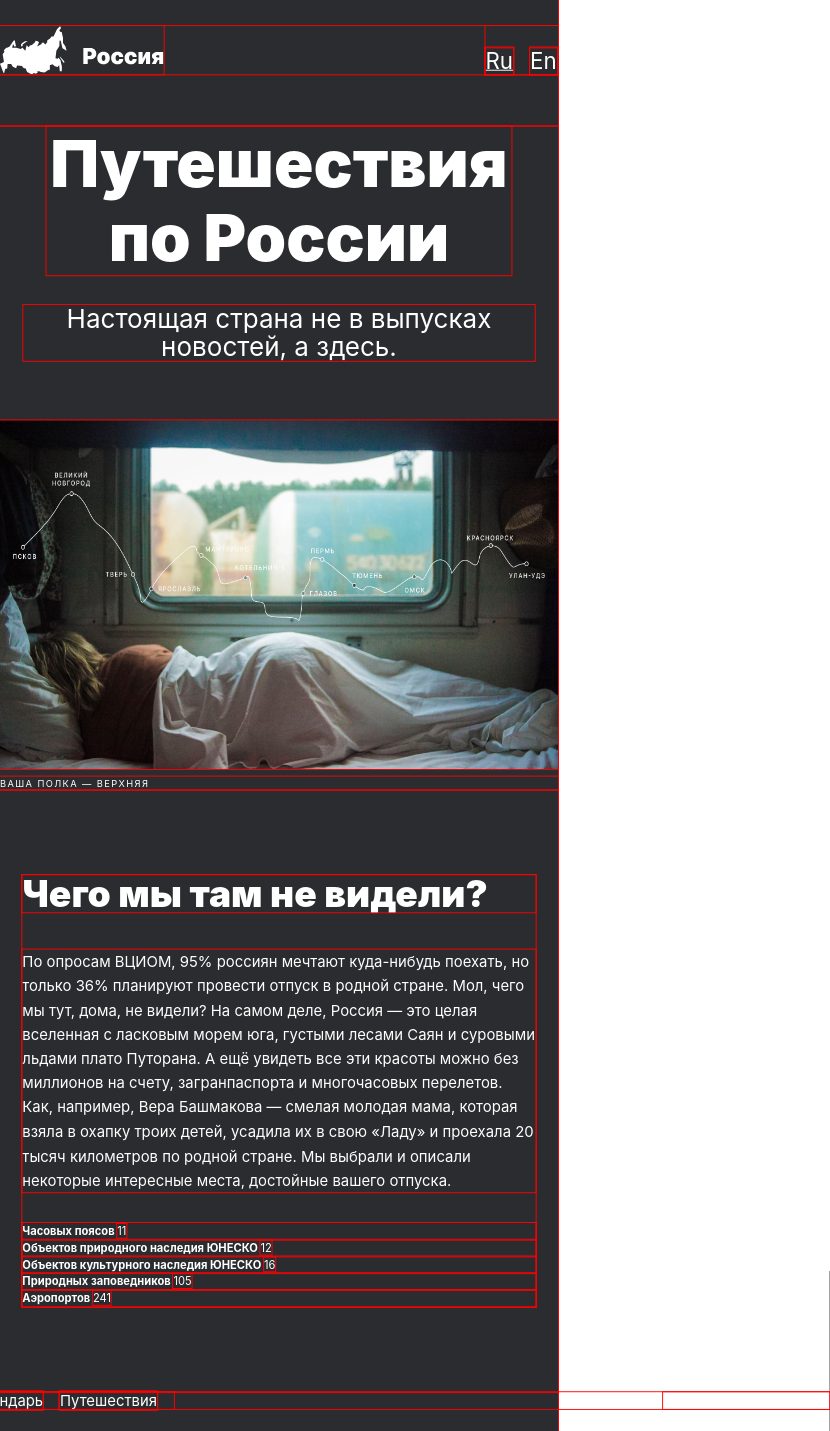
Repository: 89373611988/russia-travel
Page: index.html
An editor plug-in stored every save of this project. The page is shown before and after the next save, followed by the edit.
The browser window is 600 px wide. The page is 892 px wide, then 600 px, then 892 px, so the pictures cover 892 px, including what lies to the right of the window. The pictures show the whole page, at 93% of full size.
Some web fonts or font styles are not loaded; a fallback is used.

Above is the page before, as saved 2021-12-18 19:43:38.

### index.html
<!DOCTYPE html>
<html lang="ru">
  <head>
    <meta charset="UTF-8" />
    <meta name="viewport" content="width=device-width, initial-scale=1">
    <title>Путешествия по России</title>
    <link rel="stylesheet" href="pages/index.css" />
  </head>
  <body>
    <div class="page">
      <header class="header page__header">
        <img src="./images/header-logo.svg" alt="" class="header__logo">
        <ul class="header__list">
          <li class="header__item">
            <a href="#" target="_blank" class="header__lang-link">Ru</a>
          </li>
          <li class="header__item">
            <a href="#" target="_blank" class="header__lang-link">En</a>
          </li>
        </ul>
      </header>
      <main class="content">
        <section class="lead ">
          <h1 class="lead__title">Путешествия по России</h1>
          <p class="lead__subtitle">Настоящая страна не в выпусках новостей, а здесь.</p>
          <img src="./images/lead-polka.jpg" alt="Отдых в вагоне" class="lead__image">
          <p class="lead__caption">ваша полка — верхняя</p>
        </section>

        <section class="intro page__intro">
          <h2 class="intro__title">Чего мы там не видели?</h2>
          <p class="intro__text">По опросам ВЦИОМ, 95% россиян мечтают куда-нибудь поехать, но только 36% планируют провести отпуск в родной стране. Мол, чего мы тут, дома, не видели? На самом деле, Россия — это целая вселенная с ласковым морем юга, густыми лесами Саян и суровыми льдами плато Путорана. А ещё увидеть все эти красоты можно без миллионов на счету, загранпаспорта и многочасовых перелетов. Как, например, Вера Башмакова — смелая молодая мама, которая взяла в охапку троих детей, усадила их в свою «Ладу» и проехала 20 тысяч километров по родной стране. Мы выбрали и описали некоторые интересные места, достойные вашего отпуска.</p>
          <ul class="intro__list">
            <li class="intro__item">Часовых поясов
              <span class="intro__number">11</span>
            </li>
            <li class="intro__item">Объектов природного наследия ЮНЕСКО
              <span class="intro__number">12</span>
            </li>
            <li class="intro__item">Объектов культурного наследия ЮНЕСКО
              <span class="intro__number">16</span>
            </li>
            <li class="intro__item">Природных заповедников
              <span class="intro__number">105</span>
            </li>
            <li class="intro__item">Аэропортов
              <span class="intro__number">241</span>
            </li>
          </ul>
        </section>
      </main>

      <footer class="footer">
        <ul class="footer__list">
          <li class="footer__item">
            <a href="https://yandex.ru/maps" class="footer__link">Карты</a>
          </li>
          <li class="footer__item">
            <a href="https://yandex.ru/pogoda" class="footer__link">Погода</a>
          </li>
          <li class="footer__item">
            <a href="https://rasp.yandex.ru" class="footer__link">Расписание</a>
          </li>
          <li class="footer__item">
            <a href="https://calendar.yandex.ru" class="footer__link">Календарь</a>
          </li>
          <li class="footer__item">
            <a href="https://travel.yandex.ru" class="footer__link">Путешествия</a>
          </li>
        </ul>
        <p class="footer__copyright">&copy; 2021. Эльвира Киямова</p>
      </footer>

    </div>
  </body>
</html>

### pages/index.css
@import url("../styles/normalize.css");

@import url("../blocks/page/page.css");
@import url("../blocks/page/__header/page__header.css");
@import url("../blocks/page/__intro/page__intro.css");

@import url("../blocks/header/header.css");
@import url("../blocks/header/__logo/header__logo.css");
@import url("../blocks/header/__list/header__list.css");
@import url("../blocks/header/__item/header__item.css");
@import url("../blocks/header/__lang-link/header__lang-link.css");

@import url("../blocks/content/content.css");

@import url("../blocks/lead/lead.css");
@import url("../blocks/lead/__title/lead__title.css");
@import url("../blocks/lead/__subtitle/lead__subtitle.css");
@import url("../blocks/lead/__image/lead__image.css");
@import url("../blocks/lead/__caption/lead__caption.css");

@import url("../blocks/intro/intro.css");
@import url("../blocks/intro/__title/intro__title.css");
@import url("../blocks/intro/__text/intro__text.css");
@import url("../blocks/intro/__list/intro__list.css");
@import url("../blocks/intro/__item/intro__item.css");
@import url("../blocks/intro/__number/intro__number.css");

@import url("../blocks/footer/footer.css");
@import url("../blocks/footer/__list/footer__list.css");
@import url("../blocks/footer/__item/footer__item.css");
@import url("../blocks/footer/__link/footer__link.css");
@import url("../blocks/footer/__copyight/footer__copyight.css");

@import url("../fonts/Inter\ Web");

### blocks/page/page.css
* {
  outline-width: 1px;
  outline-style: solid;
  outline-color: red;
}

.page {
  color: #ffffff;
  background-color: #2a2c2f;
  font-family: "Inter";
  font-style: normal;
  padding: 28px 0 24px;
  -moz-osx-font-smoothing: grayscale;
  -webkit-font-smoothing: antialiased;
  -webkit-text-size-adjust: 100%;
  -ms-text-size-adjust: 100%;
  -moz-text-size-adjust: 100%;
  text-rendering: optimizeLegibility;
  display: flex;
  flex-direction: column;
  align-items: center;
}

### blocks/page/__header/page__header.css
.page__header {
  margin-bottom: 56px;
}

### blocks/page/__intro/page__intro.css
.page__intro {
  margin: 92px 0;
}

### blocks/header/header.css
.header {
  display: flex;
  flex-direction: row;
  justify-content: space-between;
  width: 1184px;
}

@media (max-width: 1200px) {
  .header {
    width: 928px;
  }
}

@media (max-width: 940px) {
  .header {
    width: 720px;
  }
}

@media (max-width: 768px) {
  .header {
    width: 720px;
  }
}

@media (max-width: 730px) {
  .header {
    width: 600px;
  }
}

@media (max-width: 640px) {
  .header {
    width: 500px;
  }
}

@media (max-width: 540px) {
  .header {
    width: 400px;
  }
}

@media (max-width: 440px) {
  .header {
    width: 300px;
  }
}

@media (max-width: 320px) {
  .header {
    width: 288px;
  }
}

### blocks/header/__logo/header__logo.css
.header__logo {
  width: 176px;
  height: 52px;
}

@media (max-width: 500px) {
  .header__logo {
    width: 142px;
    height: 42px;
  }
}

### blocks/header/__list/header__list.css
.header__list {
  display: flex;
  flex-direction: row;
  align-items: flex-end;
  padding: 0;
  margin: 0;
}

### blocks/header/__item/header__item.css
.header__item {
  list-style-type: none;
  width: 30px;
  height: 28px;
}

.header__item:first-child {
  margin-right: 18px;
  text-decoration: underline;
}

### blocks/header/__lang-link/header__lang-link.css
.header__lang-link {
  font-size: 24px;
  line-height: 28px;
  color: #fff;
  text-decoration: none;
}

@media (max-width: 500px) {
  .header__lang-link {
    font-size: 18px;
    line-height: 20px;
  }
}

### blocks/content/content.css


.content {

}

### blocks/lead/lead.css
.lead {
  display: flex;
  flex-direction: column;
}

### blocks/lead/__title/lead__title.css
.lead__title {
  font-weight: 900;
  font-size: 96px;
  line-height: 100px;
  max-width: 720px;
  text-align: center;
  align-self: center;
  margin: 0;
}

@media (max-width: 768px) {
  .lead__title {
    font-size: 70px;
    line-height: 80px;
    max-width: 500px;
  }
}

@media (max-width: 520px) {
  .lead__title {
    font-size: 50px;
    line-height: 70px;
    max-width: 400px;
  }
}

@media (max-width: 440px) {
  .lead__title {
    font-size: 45px;
    line-height: 50px;
    max-width: 330px;
  }
}

@media (max-width: 320px) {
  .lead__title {
    font-size: 40px;
    line-height: 44px;
    max-width: 288px;
  }
}

### blocks/lead/__subtitle/lead__subtitle.css
.lead__subtitle {
  font-size: 30px;
  line-height: 36px;
  align-self: center;
  margin: 32px 0 64px;
  max-width: 640px;
  text-align: center;
}

@media (max-width: 680px) {
  .lead__subtitle {
    font-size: 28px;
    line-height: 30px;
    max-width: 550px;
  }
}

@media (max-width: 575px) {
  .lead__subtitle {
    font-size: 25px;
    line-height: 30px;
    max-width: 400px;
  }
}

@media (max-width: 430px) {
  .lead__subtitle {
    font-size: 18px;
    line-height: 25px;
    max-width: 300px;
  }
}

@media (max-width: 320px) {
  .lead__subtitle {
    font-size: 16px;
    line-height: 20px;
    max-width: 288px;
  }
}

### blocks/lead/__image/lead__image.css
.lead__image {
  max-width: 984px;
  max-height: 615px;
  margin: 0 auto;
}

@media (max-width: 1024px) {
  .lead__image {
    max-width: 100%;
  }
}

### blocks/lead/__caption/lead__caption.css
.lead__caption {
  font-size: 10px;
  line-height: 14px;
  letter-spacing: 1.5px;
  margin: 8px 0 0;
  text-transform: uppercase;
  text-align: left;
}

### blocks/intro/intro.css
.intro {
  max-width: 690px;
}

@media (max-width: 1024px) {
  .intro {
    margin-left: 48px;
  }
}

@media (max-width: 768px) {
  .intro {
    max-width: 720px;
    margin-left: 24px;
    margin-right: 24px;
  }
}

@media (max-width: 320px) {
  .intro {
    max-width: 288px;
    margin-left: 16px;
    margin-right: 16px;
  }
}

### blocks/intro/__title/intro__title.css
.intro__title {
  margin: 0;
  font-weight: 900;
  font-size: 54px;
  line-height: 58px;
}

@media (max-width: 768px) {
  .intro__title {
    font-size: 40px;
    line-height: 40px;
  }
}

@media (max-width: 400px) {
  .intro__title {
    font-size: 32px;
    line-height: 35px;
  }
}

### blocks/intro/__text/intro__text.css
.intro__text {
  font-size: 16px;
  line-height: 163%;
  margin: 40px 0 33px;
}

### blocks/intro/__list/intro__list.css
.intro__list {
  margin: 0;
  padding: 0;
  font-weight: bold;
  font-size: 12px;
  line-height: 18px;
}

### blocks/intro/__item/intro__item.css
.intro__item {
  list-style-type: none;
}

### blocks/intro/__number/intro__number.css
.intro__number {
  font-weight: normal;
}

### blocks/footer/footer.css
.footer {
  width: 1184px;
  display: flex;
  flex-direction: row;
  justify-content: space-between;
}

@media (max-width: 730px) {
  .header {
    width: 600px;
  }
}

### blocks/footer/__list/footer__list.css
.footer__list {
  display: flex;
  flex-direction: row;
  padding: 0;
  margin: 0;
  font-size: 16px;
  line-height: 18px;
}

### blocks/footer/__item/footer__item.css
.footer__item {
  list-style-type: none;
  margin-right: 18px;
}

### blocks/footer/__link/footer__link.css
.footer__link {
  color: #fff;
  text-decoration: none;
}

.footer__link:hover {
  opacity: 0.7;
  cursor: pointer;
  transition: opacity 0.5s ease;
}

### blocks/footer/__copyight/footer__copyight.css
.footer__copyright {
  margin: 0;
  font-size: 14px;
  line-height: 16px;
}

Loaded but not shown: styles/normalize.css (library)

After the next save:
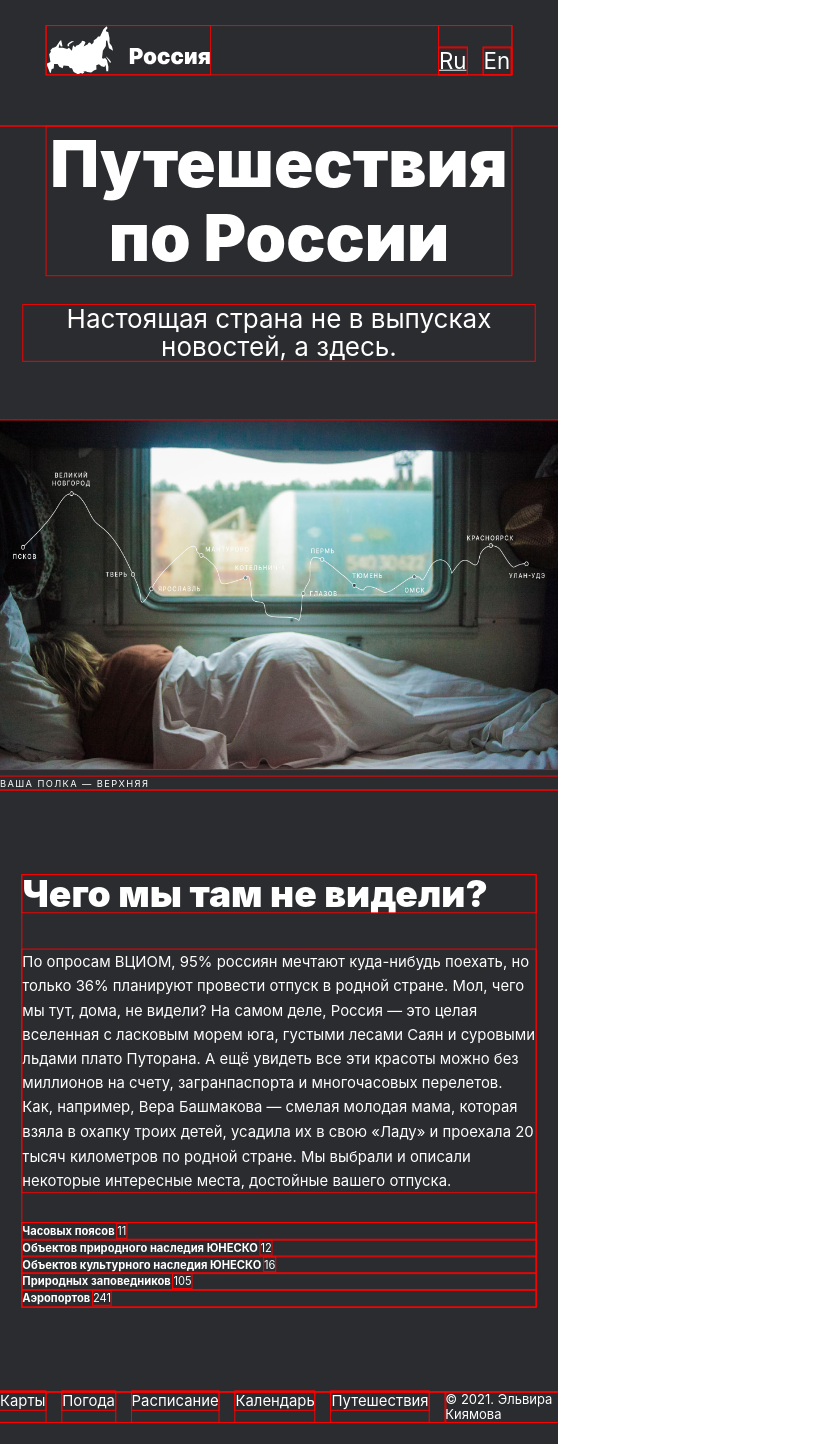
Saved 5 s later.
--- a/blocks/footer/footer.css
+++ b/blocks/footer/footer.css
@@ -6,7 +6,7 @@
 }
 
 @media (max-width: 730px) {
-  .header {
+  .footer {
     width: 600px;
   }
 }

After the 2 saves that followed:
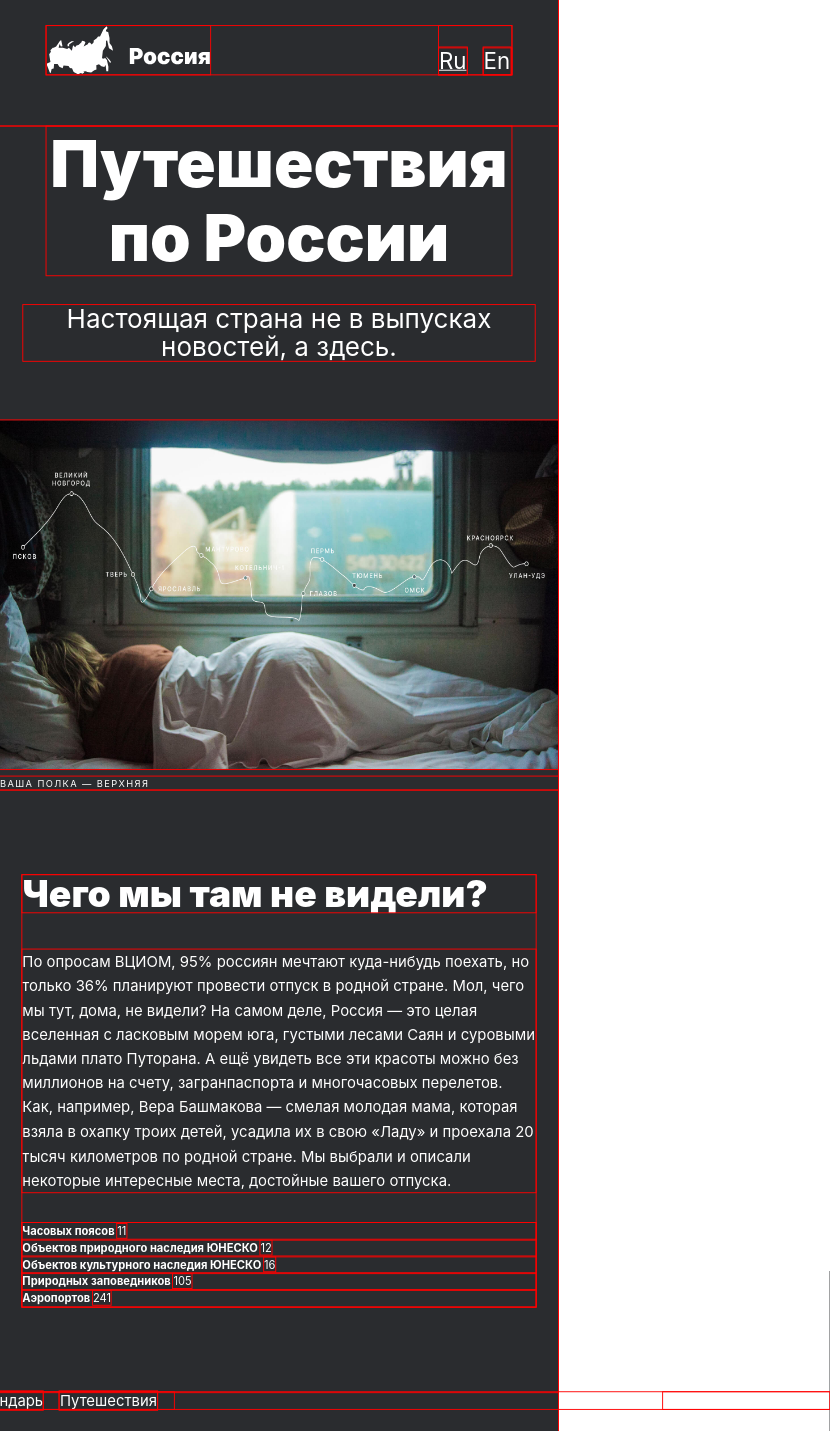
The 2 saves are shown as one change because they came seconds apart.
The last was saved 7 s later.
--- a/blocks/footer/footer.css
+++ b/blocks/footer/footer.css
@@ -5,8 +5,8 @@
   justify-content: space-between;
 }
 
-@media (max-width: 730px) {
+@media (max-width: px) {
   .footer {
-    width: 600px;
+    width: 928px;
   }
 }
